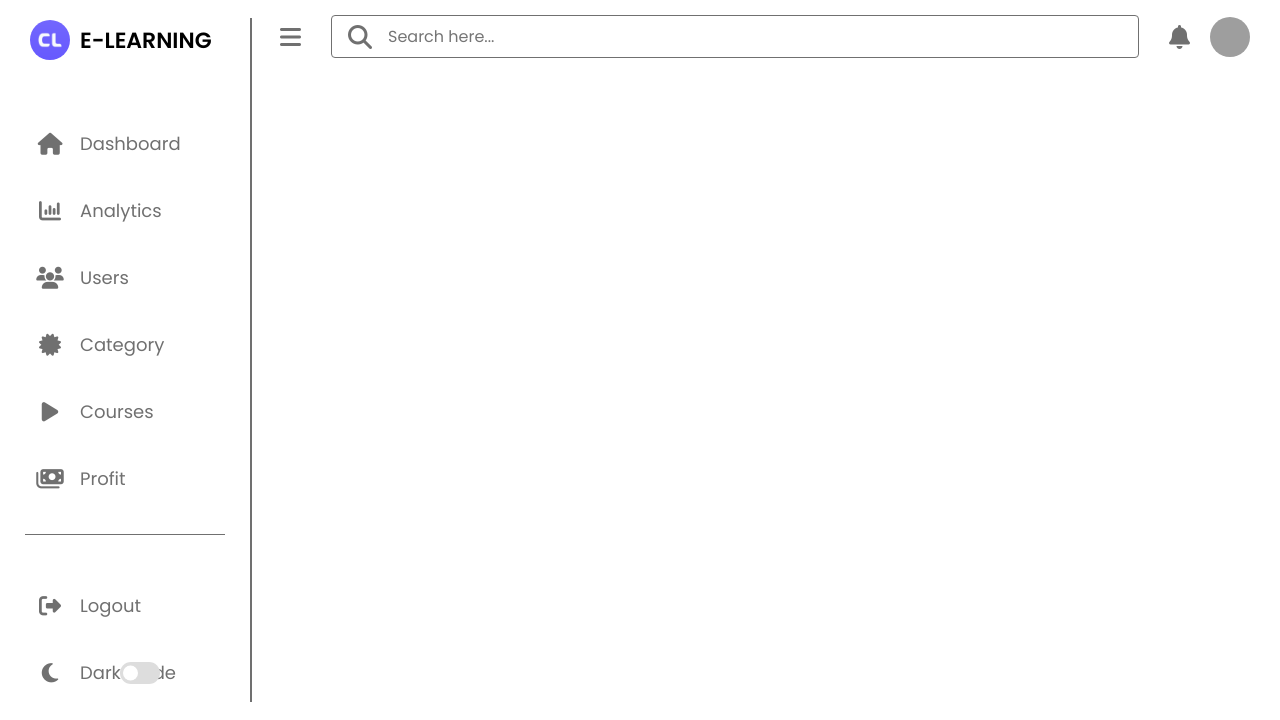
Repository: phamngocthang/practice-html-css
Page: Admin/dist/index.html
These files come from the project's save history. The page is drawn as it stood at one moment and after the next save; the edit follows.
The browser window is 1280 px wide. The pictures show the whole page.
Pictures or frames that could not be fetched are drawn as grey boxes. The style sheet was rebuilt from its Sass, Less or Tailwind sources for each picture, by a compiler version that may differ from the author's.

Above is the page before, as saved 2023-10-25 01:44:13.

### Admin/dist/index.html
<!DOCTYPE html>
<html lang="en">
<head>
    <meta charset="UTF-8">
    <meta name="viewport" content="width=device-width, initial-scale=1.0">
    <title>Document</title>
    <link rel="stylesheet" href="style/main.css">
    <link rel="stylesheet" href="https://cdnjs.cloudflare.com/ajax/libs/font-awesome/6.4.2/css/all.min.css" integrity="sha512-z3gLpd7yknf1YoNbCzqRKc4qyor8gaKU1qmn+CShxbuBusANI9QpRohGBreCFkKxLhei6S9CQXFEbbKuqLg0DA==" crossorigin="anonymous" referrerpolicy="no-referrer" />
</head>
<body>
    <nav>
        <div class="logo">
            <div class="logo__image">
                <img src="/Images/logo.png" alt="">
            </div>

            <span class="logo__name">
                E-LEARNING
            </span>
        </div>

        <div class="menu">
            <ul class="menu__link">
                <li class="menu__link__item"><a href="#">
                    <i class="fa-solid fa-house"></i>
                    <span>Dashboard</span>
                </a></li>
                <li class="menu__link__item"><a href="#">
                    <i class="fa-solid fa-chart-column"></i>
                    <span>Analytics</span>
                </a></li>
                <li class="menu__link__item"><a href="#">
                    <i class="fa-solid fa-users"></i>
                    <span>Users</span>
                </a></li>
                <li class="menu__link__item"><a href="#">
                    <i class="fa-solid fa-certificate"></i>
                    <span>Category</span>
                </a></li>
                <li class="menu__link__item"><a href="#">
                    <i class="fa-solid fa-play"></i>
                    <span>Courses</span>
                </a></li>
                <li class="menu__link__item"><a href="#">
                    <i class="fa-solid fa-money-bills"></i>
                    <span>Profit</span>
                </a></li>
            </ul>

            <ul class="menu__link">
                <li class="menu__link__item"><a href="#">
                    <i class="fa-solid fa-right-from-bracket"></i>
                    <span>Logout</span>
                </a></li>

                <li class="menu__link__item menu__link__item--darkmode"><a href="#">
                        <i class="fa-solid fa-moon"></i>
                        <span>Dark Mode</span>
                        <div class="menu__toggle">
                            <span class="menu__switch"></span>
                        </div>
                    </a>
                </li>
            </ul>
        </div>
    </nav>

    <section class="dashboard">
        <div class="top">
            <i class="fa-solid fa-bars top__bar"></i>
            <div class="top__search-box">
                <i class="fa-solid fa-magnifying-glass"></i>
                <input type="text" placeholder="Search here...">
            </div>
            <div class="top__image">
                <i class="fa-solid fa-bell bell"></i>
                <img src="/Images/avatar.jpg" alt="">
            </div>
        </div>
    </section>

    <script src="script.js">

    </script>
</body>
</html>

### Admin/dist/script.js
const body = document.querySelector("body");
const modeTogger = document.querySelector(".menu__toggle");
const sideBar = body.querySelector("nav")
const sideBarToggle = body.querySelector(".top__bar");

modeTogger.addEventListener("click", () => {
    body.classList.toggle("dark")
})

sideBarToggle.addEventListener("click", () => {
    sideBar.classList.toggle("close");
})

### Admin/scss/main.scss
@import url('https://fonts.googleapis.com/css2?family=Poppins:wght@200;300;400;500;600&display=swap');
@import 'variables';
* {
    margin: 0;
    padding: 0;
    box-sizing: border-box;
    font-family: 'Poppins', sans-serif;
}

body {
    --primary-color: #{$primary-color};
    --panel-color: #{$panel-color};
    --text-color: #{$text-color};
    --black-light-color: #{$black-light-color};
    --border-color: #{$border-color};
    --toggle-color: #{$toggle-color};
    --box1-color: #{$box1-color};
    --box2-color: #{$box2-color};
    --box3-color: #{$box3-color};
    --title-icon-color: #{$title-icon-color};
    min-height: 100vh;
    background-color: var(--primary-color);
}

body.dark {
    --primary-color: #3A3B3C;
    --panel-color: #242526;
    --text-color: #FFF;
    --black-light-color: #CCC;
    --border-color: #4D4C4C;
    --toggle-color: #FFF;
    --box1-color: #3A3B3C;
    --box2-color: #3A3B3C;
    --box3-color: #3A3B3C;
    --title-icon-color: #CCC;

    .menu__switch::before {
        left: 20px !important;
    }
}

nav {
    position: fixed;
    width: 250px;
    height: 100%;
    top: 0;
    left: 0;
    background-color: var(--panel-color);
    transition: $tran-05;

    .logo {
        display: flex;
        align-items: center;
        height: 80px;

        &__image {
            min-width: 45px;
            display: flex;
            align-items: center;
            padding-right: 10px;
            min-width: 80px;
            justify-content: flex-end;

            img {
                width: 40px;
                border-radius: 50%;
                object-fit: cover;
            }

        }

        &__name {
            color: var(--text-color);
            font-weight: 600;
            font-size: 22px;
            flex: 1;
            transition: $tran-05;
            white-space: nowrap;
        }
    }

    .menu {
        height: 100%;
        padding: 30px 0px 30px 20px;
        position: relative;


        &::after {
            content: '';
            left: 50%;
            top: 63%;
            width: 80%;
            height: 0.5px;
            transform: translateX(-50%);
            background-color: var(--black-light-color);
            position: absolute;
        }

        &__link {
            list-style: none;
            display: flex;
            flex-direction: column;
            align-items: flex-start;


            &:nth-child(1) {
                height: 70%;
            }


            &__item {
                padding: 20px 0;

                a {
                    text-decoration: none;
                    color: var(--black-light-color);
                    font-size: 18px;
                    display: flex;
                    align-items: center;
                    position: relative;
                    transition: 0.4 ease all;

                    i {
                        min-width: 60px;
                        text-align: center;
                        font-size: 22px;
                    }

                    span {
                        font-weight: 400;
                        transition: $tran-05;
                        white-space: nowrap;
                    }

                    &:hover {
                        color: var(--primary-color);

                        &::before {
                            content: '';
                            width: 5px;
                            height: 5px;
                            border-radius: 50%;
                            background-color: var(--primary-color);
                            position: absolute;
                            transition: 0.4 ease all;
                        }
                    }
                }
            }

            &__item--darkmode {
                display: flex;
                align-items: center;
                position: relative;
                width: 100%;

                .menu__toggle {
                    position: absolute;
                    right: 14px;
                    height: 50px;
                    min-width: 45px;
                    display: flex;
                    align-items: center;
                    justify-content: center;
                    cursor: pointer;

                    .menu__switch {
                        display: inline-block;
                        border-radius: 25px;
                        position: relative;
                        height: 22px;
                        width: 40px;
                        background-color: var(--toggle-color);

                        &::before {
                            content: '';
                            width: 15px;
                            height: 15px;
                            position: absolute;
                            background-color: var(--title-icon-color);
                            border-radius: 50%;
                            left: 3px;
                            top: 50%;
                            transform: translateY(-50%);
                            transition: $tran-03;
                        }
                    }
                }
            }
        }
    }


}

nav.close {
    width: 90px;

    .menu__link__item {
        span {
            opacity: 0;
            pointer-events: none;
        }
    }

    .logo__name {
        opacity: 0;
        pointer-events: none;
    }
}

.dashboard {
    background-color: var(--panel-color);
    width: calc(100% - 250px);
    left: 250px;
    min-height: 100vh;
    position: relative;
    padding: 15px 30px 40px;

    &::before {
        content: '';
        width: 2px;
        height: 95%;
        background-color: var(--black-light-color);
        left: 0;
        top: 50%;
        transform: translateY(-50%);
        position: absolute;
    }

    .top {
        height: 10%;
        display: flex;
        align-items: center;
        justify-content: space-between;

        i {
            font-size: 24px;
            color: var(--black-light-color);

        }

        &__bar {
            cursor: pointer;
        }

        &__search-box {
            flex: 1;
            width: 100%;
            padding: 8px;
            border-radius: 4px;
            border: 0.4px solid var(--black-light-color);
            margin: 0 30px;
            display: flex;
            align-items: center;

            i {
                font-size: 24px;
                padding: 0 16px 0 8px;
                color: var(--black-light-color);
            }

            input {
                font-size: 16px;
                outline: none;
                border: none;
                height: 100%;
                width: 100%;
                background-color: transparent;
            }
        }

        &__image {
            margin: 0 20p;
            display: flex;
            align-items: center;

            .bell {
                cursor: pointer;
                margin-right: 20px;
            }

            img {
                cursor: pointer;
                width: 40px;
                height: 40px;
                object-fit: cover;
                border-radius: 50%;
            }
        }
    }
}

### Admin/scss/_variables.scss
/* ===== Colors ===== */
$primary-color: #0E4BF1;
$panel-color: #FFF;
$text-color: #000;
$black-light-color: #707070;
$border-color: #e6e5e5;
$toggle-color: #DDD;
$box1-color: #4DA3FF;
$box2-color: #FFE6AC;
$box3-color: #E7D1FC;
$title-icon-color: #fff;

/* ====== Transition ====== */
$tran-05: all 0.5s ease;
$tran-03: all 0.3s ease;
$tran-03: all 0.2s ease;

After the next save:
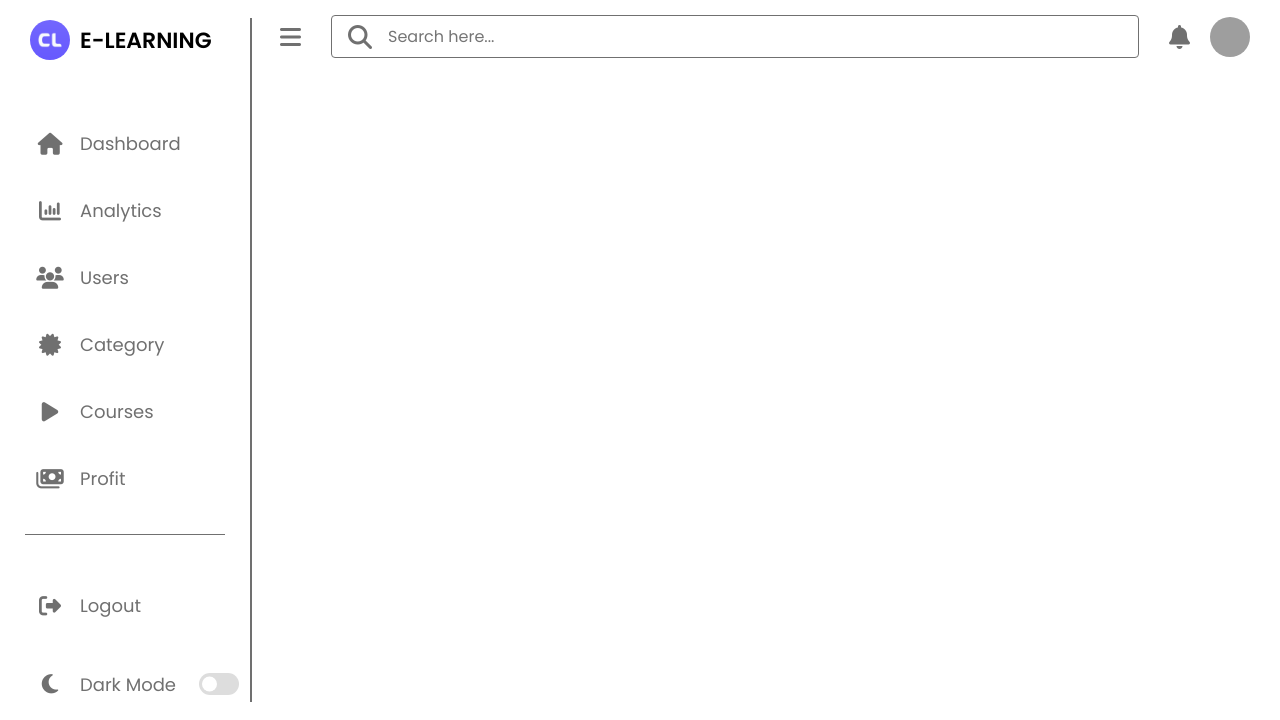
Saved 62 s later.
--- a/Admin/scss/main.scss
+++ b/Admin/scss/main.scss
@@ -129,7 +129,6 @@ nav {
                     span {
                         font-weight: 400;
                         transition: $tran-05;
-                        white-space: nowrap;
                     }
 
                     &:hover {
@@ -151,18 +150,15 @@ nav {
             &__item--darkmode {
                 display: flex;
                 align-items: center;
-                position: relative;
-                width: 100%;
+
 
                 .menu__toggle {
-                    position: absolute;
-                    right: 14px;
+                    margin-left: 20px;
                     height: 50px;
                     min-width: 45px;
                     display: flex;
                     align-items: center;
                     justify-content: center;
-                    cursor: pointer;
 
                     .menu__switch {
                         display: inline-block;
